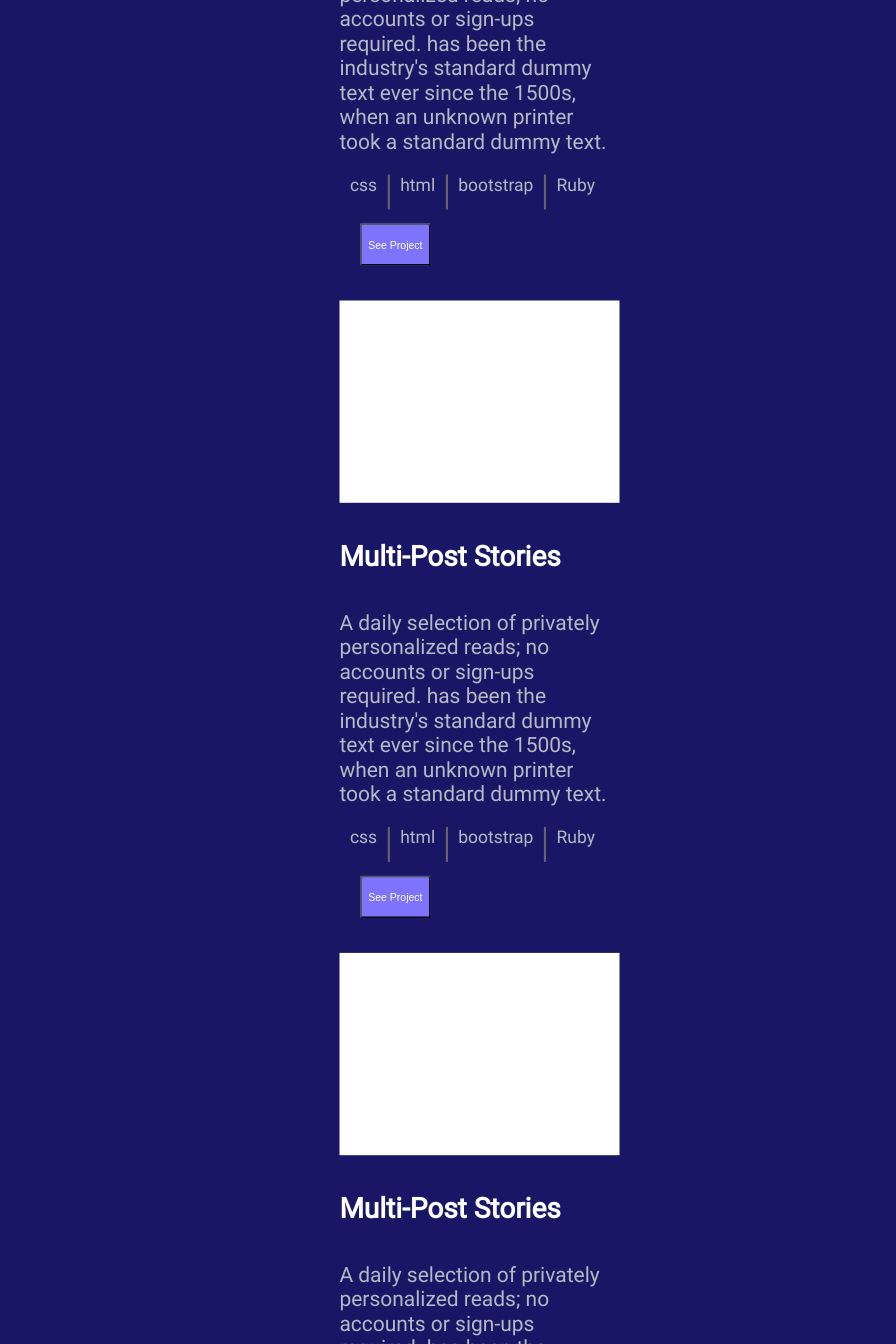
Repository: mustabbas/Portfolio
Page: index.html
An editor plug-in stored every save of this project. The page is shown before and after a run of saves, followed by the edit.
The browser window is 1280 px wide. The pictures show the part of the page from y = 1715 to 3635 px (the page is 5808 px tall), at 70% of full size.

Above is the page before, as saved 2021-08-16 19:22:58.

After the next 2 saves:
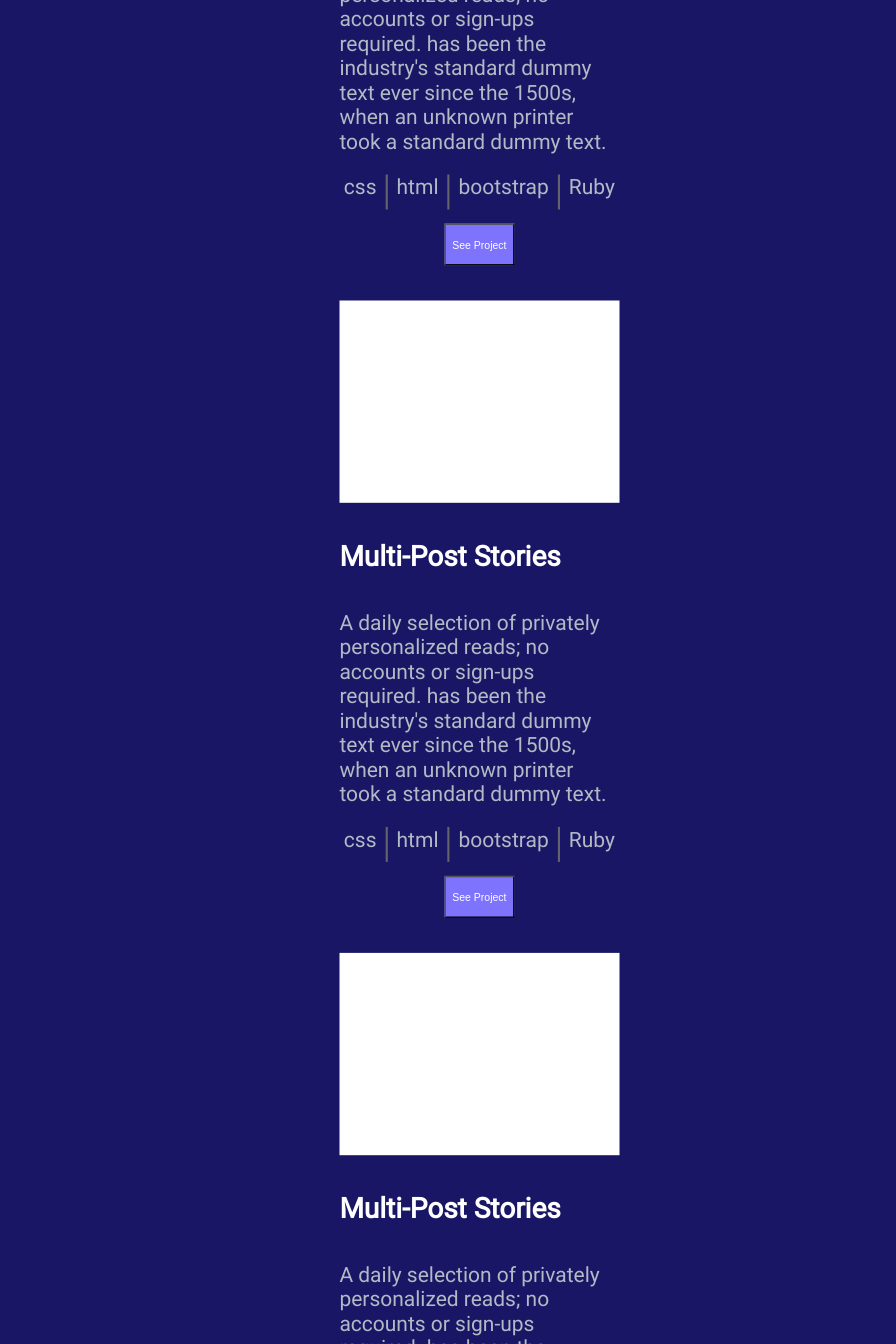
The 2 saves are shown as one change because they came seconds apart.
The last was saved 99 s later.
--- a/style.css
+++ b/style.css
@@ -26,7 +26,6 @@ a,
 span {
   color: #b3bac5;
 }
-/* p {color: black;} */
 
 .header {
   display: flex;
@@ -224,16 +223,10 @@ h3 {
 }
 
 .card-body ul {
-  /* display: flex;
-  justify-content: space-around; */
-  /* font-size: 30px; */
-  /* text-align: left; */
-}
-
-.card-body li {
-   float: left;
-   margin-left: 15px;
-   font-size: 25px;
+  display: flex;
+  justify-content: space-around;
+  font-size: 30px;
+  text-align: left;
 }
 
 .vertical-line {
@@ -246,10 +239,9 @@ h3 {
   width: 100px;
   height: 60px;
   color: #fff;
-  float: left;
   font-size: 15px;
   margin-top: 20px;
-  margin-left: 30px;
+  margin-left: 150px;
 }
 
 .button:hover {
